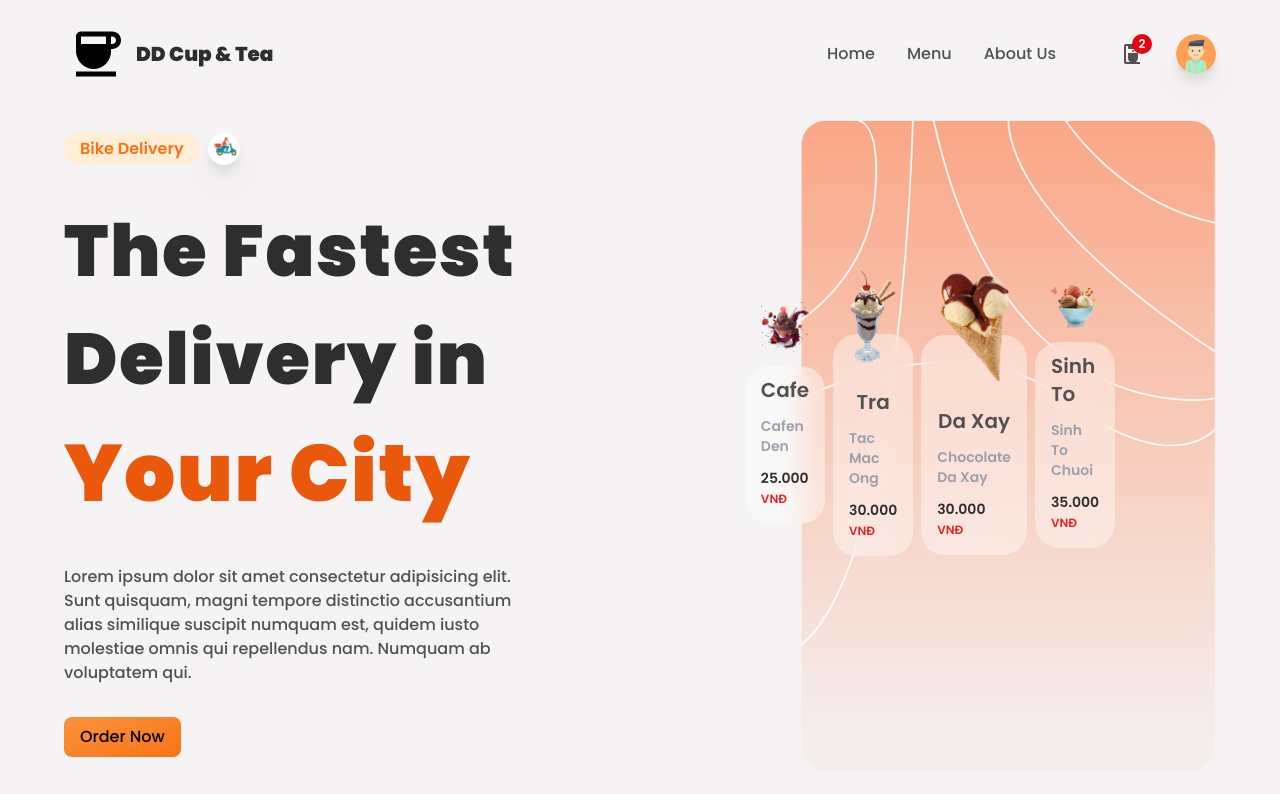
Repository: duongspm/ddcoffee
Page: /
An editor plug-in stored every save of this project. The page is shown before and after a run of saves, followed by the edit.
The browser window is 1280 px wide. The pictures show the whole page.
The project was rebuilt for these pictures with package versions that can differ from the ones it lists, and the page was loaded fresh each time. Also part of the build but not shown: src/App.css, src/components/CreateContainer.jsx.

Above is the page before, as saved 2022-07-12 20:00:38.

### src/index.js
import React from 'react';
import ReactDOM from 'react-dom/client';
import './index.css';
import App from './App';
import reportWebVitals from './reportWebVitals';

import { BrowserRouter as Router } from 'react-router-dom';

import { StateProvider } from './context/StateProvider';
import { initialState } from './context/initalState';
import reducer from './context/reducer';

const root = ReactDOM.createRoot(document.getElementById('root'));
root.render(
  <Router>
    <StateProvider initialState={initialState} reducer={reducer}>
      <App />
    </StateProvider>
  </Router>
  // <React.StrictMode>
  //   <App />
  // </React.StrictMode>
);

// If you want to start measuring performance in your app, pass a function
// to log results (for example: reportWebVitals(console.log))
// or send to an analytics endpoint. Learn more: https://bit.ly/CRA-vitals
reportWebVitals();

### src/index.css
/* body {
  margin: 0;
  font-family: -apple-system, BlinkMacSystemFont, 'Segoe UI', 'Roboto', 'Oxygen',
    'Ubuntu', 'Cantarell', 'Fira Sans', 'Droid Sans', 'Helvetica Neue',
    sans-serif;
  -webkit-font-smoothing: antialiased;
  -moz-osx-font-smoothing: grayscale;
}

code {
  font-family: source-code-pro, Menlo, Monaco, Consolas, 'Courier New',
    monospace;
} */

@import url(https://fonts.googleapis.com/css2?family=DM+Sans:ital,wght@0,400;0,500;1,400;1,500&family=Inter:wght@400;500;600&family=Mulish:wght@300&family=Nunito+Sans:wght@200&family=Playfair+Display:wght@700&family=Poppins:wght@500;600;900&family=Quicksand:wght@700&display=swap);
*{
  margin: 0;
  padding: 0;
  box-sizing: border-box;
}
body{
  font-family: 'Poppins', sans-serif, -apple-system, BlinkMacSystemFont, 'Segoe UI', 'Roboto', 'Oxygen',
  'Ubuntu', 'Cantarell', 'Fira Sans', 'Droid Sans', 'Helvetica Neue',
  sans-serif;
}
html, body{
  scroll-behavior: smooth;
  overflow-x: hidden; /*chống tràn*/
}
@tailwind base;
@tailwind components;
@tailwind utilities;

### src/App.js
import './App.css';
import {Route, Routes} from 'react-router-dom';
import MainContainer from './components/MainContainer';
import CreateContainer from './components/CreateContainer';
import { AnimatePresence } from 'framer-motion';

import { Header } from './components';

function App() {
  return (
    <AnimatePresence exitBeforeEnter>
      <div className="w-screen h-auto flex flex-col bg-primary">
        <Header/>
        <main className='mt-14 md:mt-24 px-4 md:px-16 py-4 w-full'>
          <Routes>
            <Route path='/*' element={<MainContainer/>}></Route>
            <Route path='/createItem' element={<CreateContainer/>}></Route>
          </Routes>
        </main>
      </div>
    </AnimatePresence>
  );
}

export default App;

### src/context/StateProvider.js
import React, {createContext, useContext, useReducer} from 'react';
export const StateContext = createContext();
export const StateProvider = ({reducer, initialState, children}) => (
    <StateContext.Provider value={useReducer(reducer, initialState)}>
        {children}
    </StateContext.Provider>
);

export const useStateValue = () => useContext(StateContext);

### src/context/initalState.js
import { fetchUser } from "../utils/fetchLocalStorageData"

const userInfo = fetchUser()

export const initialState = {
    user: null,
}

### src/context/reducer.js
export const actionType = {
    SET_USER: "SET_USER",
};

const reducer = (state, action) => {
    console.log(action);

    switch (action.type){
        case actionType.SET_USER:
            return {
                ...state,
                user: action.user,
            };

        default:
            return state;
    }
};

export default reducer;

### src/components/MainContainer.jsx
import React from 'react';
import HomeContainer from './HomeContainer';

const MainContainer = () => {
    return (
        <div className='w-full h-auto flex flex-col items-center justify-center'>
            <HomeContainer/>
        </div>
    );
};

export default MainContainer;

### src/components/index.js
export {default as Header} from './Header';
export {default as MainContainer} from './MainContainer';
export {default as CreateContainer} from './CreateContainer';
export {default as HomeContainer} from './HomeContainer';

### src/utils/fetchLocalStorageData.js
export const fetchUser = () => {
    const userInfo =
        localStorage.getItem("user") !== "undefined"
        ? JSON.parse(localStorage.getItem("user"))
        : localStorage.clear();
    return userInfo;
}

### src/components/HomeContainer.jsx
import React from 'react';
import delivery from '../assets/imgs/delivery.png';
import HeroBg from '../assets/imgs/heroBg.png';
import heroData from '../utils/data'

const HomeContainer = () => {
    return (
        <section id="home" className='grid grid-cols-1 md:grid-cols-2 gap-2 w-full'>
            <div className='py-2 flex flex-1 flex-col items-start  justify-center gap-8'>
                <div className='flex items-center gap-2 justify-center'>
                    <p className='text-base text-orange-500 font-semibold bg-orange-100 px-4 py-1 rounded-full'>Bike Delivery</p>
                    <div className='w-8 h-8 bg-white rounded-full overflow-hidden drop-shadow-xl'>
                        <img src={delivery} className="w-full h-full object-contain" alt="deli"/>
                    </div>
                </div>
                <p className='text-[2.5rem] font-bold tracking-wide text-headingColor lg:text-[4.5rem]'>The Fastest Delivery in <span className='text-orange-600 text-[3rem] lg:text-[5rem]'>Your City</span></p>
                <p className='text-base text-textColor text-center md:text-left md:w-[80%]'>Lorem ipsum dolor sit amet consectetur adipisicing elit. Sunt quisquam, magni tempore distinctio accusantium alias similique suscipit numquam est, quidem iusto molestiae omnis qui repellendus nam. Numquam ab voluptatem qui.</p>
                <button type='button' className='bg-gradient-to-br from-orange-400 to-orange-500 w-full px-4 py-2 rounded-lg hover:shadow-lg transition-all ease-in-out md:w-auto'>Order Now</button>
            </div>
            <div className='py-2 flex-1 flex items-center relative'>
                <img src={HeroBg} className="ml-auto h-420 w-full lg:w-auto lg:h-650" alt="hero-bg"/>

                <div className='w-full h-full absolute flex items-center justify-center top-0 left-0 px-32 py-4 gap-2'>
                    {heroData && heroData.map(n => (
                        <div key={n.id} className='w-190 bg-cardOverlay backdrop-blur-md p-4 rounded-3xl flex flex-col items-center justify-center'>
                        <img src={n.imageSrc} className='w-40 -mt-20' alt='i1'/>
                        <p className='text-xl font-semibold text-textColor mt-6'>{n.name}</p>
                        <p className='text-sm font-semibold text-lighttextGray my-3'>{n.decp}</p>
                        <p className='text-sm font-semibold text-headingColor'>{n.price} <span className='text-xs text-red-600'>VNĐ</span></p>
                    </div>
                    ))}
                </div>
            </div>
        </section>
    );
};

export default HomeContainer;

### src/components/Header.jsx
import React, { useState } from 'react';
import {motion} from "framer-motion";
import {Link} from 'react-router-dom';
import {MdCoffee} from 'react-icons/md';
import {MdCoffeeMaker, MdAdd, MdLogout, MdAccountCircle} from 'react-icons/md';
//import Logo from '../assets/imgs/logo-dendo-cocaybua.png';
import Avatar from '../assets/imgs/avatar.png';
import { getAuth, signInWithPopup, GoogleAuthProvider } from "firebase/auth";
import { app } from '../firebase.config';
import { useStateValue } from '../context/StateProvider';
import { actionType } from '../context/reducer';

const Header = () => {
    const firebaseAuth = getAuth(app);
    const provider = new GoogleAuthProvider();

    const [{user}, dispatch] = useStateValue()

    const [isMenu, setIsMenu] = useState(false);

    const login = async () => {
        //đăng nhập rồi click vô avt k hiện đăng nhập nữa
        if(!user)
        {
            const {user: {refreshToken, providerData}} = await signInWithPopup(firebaseAuth, provider);
            dispatch({
                type : actionType.SET_USER,
                user : providerData[0],
            });
            localStorage.setItem("user", JSON.stringify(providerData[0]))
        }else{
            setIsMenu(!isMenu);
        }
    };
    const logout = () => {
        setIsMenu(false);
        localStorage.clear();
        dispatch({
            type: actionType.SET_USER,
            user: null,
        });
    }

    return (
        <header className='fixed z-50 w-screen p-3 px-4 md:p-6 md:px-16'>
            {/* desktop */}
            <div className='hidden md:flex w-full h-full items-center justify-between'>
                <Link to={"/"} className='flex items-center gap-2'>
                    {/* <img src={Logo} className="w-16 object-cover" alt="Logo nef"/> */}
                    <MdCoffee className='w-16 object-cover cursor-pointer text-6xl hover:text-cartNumBg'></MdCoffee>
                    <motion.p whileTap={{scale: 0.6}}  className='text-headingColor text-xl font-bold'>DD Cup & Tea</motion.p>
                </Link>
                <div className='flex items-center gap-8'> {/* bo ra ngoai div nay thi no se nam giua */}
                    <motion.ul
                        initial={{opacity: 0, x: 200}}
                        animate={{opacity: 1, x: 0}}
                        exit={{opacity: 0, x: 200}}
                        className="flex items-center gap-8 ">
                        <li className='text-base text-textColor hover:text-cartNumBg duration-100 transition-all ease-in-out cursor-pointer'>Home</li>
                        <li className='text-base text-textColor hover:text-cartNumBg duration-100 transition-all ease-in-out cursor-pointer'>Menu</li>
                        <li className='text-base text-textColor hover:text-cartNumBg duration-100 transition-all ease-in-out cursor-pointer'>About Us</li>
                    </motion.ul>
                    <div className='relative flex items-center justify-center'>
                        <MdCoffeeMaker className='text-textColor text-2xl ml-8 cursor-pointer'></MdCoffeeMaker>
                        <div className='absolute -top-2 -right-2 w-5 h-5 rounded-full bg-cartNumBg flex items-center justify-center'>
                            <p className='text-xs text-white font-semibold'>2</p>
                        </div>
                    </div>
                    <div className='relative'>
                        <motion.img whileTap={{scale: 0.6}} className='w-10 min-w-[40px] h-10 min-h-[40px] drop-shadow-xl rounded-full' src={user ? user.photoURL : Avatar} alt="avata nguoi dung"
                        onClick={login}/>
                        {/* Menu In4 */}
                        {
                            isMenu &&
                            (
                                <motion.div
                                    initial={{opacity: 0, scale: 0.6}}
                                    animate={{opacity: 1, scale: 1}}
                                    exit={{opacity: 0, scale: 0.6}}
                                    className='w-40 bg-gray-50 shadow-xl rounded-lg absolute flex flex-col top-12 right-0'>
                                    {
                                        user && user.email === "tranvanduong10a22016bb@gmail.com" && (
                                            <Link to={'/createItem'}>
                                                <p className='px-4 py-2 flex items-center gap-3 cursor-pointer hover:bg-slate-100 transition-all duration-100 ease-in-out text-textColor text-base '><MdAdd/> New Item </p>
                                            </Link>
                                        )
                                    }
                                    <Link to={'/info'}>
                                        <p className='px-4 py-2 flex items-center gap-3 cursor-pointer hover:bg-slate-100 transition-all duration-100 ease-in-out text-textColor text-base'><MdAccountCircle/>{user ? user.displayName : 'In4'} </p>
                                    </Link>
                                    <hr/>
                                    <p className='px-4 py-2 flex items-center gap-3 cursor-pointer hover:bg-slate-100 transition-all duration-100 ease-in-out text-textColor text-base' onClick={logout}><MdLogout/> Logout </p>
                                </motion.div>
                            )
                        }
                        {/* End Menu In4 */}
                    </div>
                </div>
            </div>
            {/* mobile */}
            <div className='flex items-center justify-between md:hidden w-full h-full'>
                <div className='relative flex items-center justify-center'>
                    <MdCoffeeMaker className='text-textColor text-2xl ml-8 cursor-pointer'></MdCoffeeMaker>
                    <div className='absolute -top-2 -right-2 w-5 h-5 rounded-full bg-cartNumBg flex items-center justify-center'>
                        <p className='text-xs text-white font-semibold'>2</p>
                    </div>
                </div>
                <Link to={"/"} className='flex items-center gap-2'>
                    {/* <img src={Logo} className="w-16 object-cover" alt="Logo nef"/> */}
                    <MdCoffee className='w-16 object-cover cursor-pointer text-6xl hover:text-cartNumBg'></MdCoffee>
                    <motion.p whileTap={{scale: 0.6}}  className='text-headingColor text-xl font-bold'>DD Cup & Tea</motion.p>
                </Link>

                <div className='relative'>
                        <motion.img whileTap={{scale: 0.6}} className='w-10 min-w-[40px] h-10 min-h-[40px] drop-shadow-xl rounded-full' src={user ? user.photoURL : Avatar} alt="avata nguoi dung"
                        onClick={login}/>
                        {/* Menu In4 */}
                        {
                            isMenu &&
                            (
                                <motion.div
                                    initial={{opacity: 0, scale: 0.6}}
                                    animate={{opacity: 1, scale: 1}}
                                    exit={{opacity: 0, scale: 0.6}}
                                    className='w-40 bg-gray-50 shadow-xl rounded-lg absolute flex flex-col top-12 right-0'>
                                    {
                                        user && user.email === "tranvanduong10a22016bb@gmail.com" && (
                                            <Link to={'/createItem'}>
                                                <p className='px-4 py-2 flex items-center gap-3 cursor-pointer hover:bg-slate-100 transition-all duration-100 ease-in-out text-textColor text-base justify-center'><MdAdd/> New Item </p>
                                            </Link>
                                        )
                                    }
                                    <ul className="flex flex-col">
                                        <li className='text-base text-textColor hover:text-cartNumBg duration-100 transition-all ease-in-out cursor-pointer hover:bg-slate-100 px-4 py-2'>Home</li>
                                        <li className='text-base text-textColor hover:text-cartNumBg duration-100 transition-all ease-in-out cursor-pointer hover:bg-slate-100 px-4 py-2'>Menu</li>
                                        <li className='text-base text-textColor hover:text-cartNumBg duration-100 transition-all ease-in-out cursor-pointer hover:bg-slate-100 px-4 py-2'>About Us</li>
                                    </ul>
                                    <hr/>
                                    <Link to={'/info'}>
                                        <p className='px-4 py-2 flex items-center gap-3 cursor-pointer hover:bg-slate-100 transition-all duration-100 ease-in-out text-textColor text-base justify-center'><MdAccountCircle/> In4 </p>
                                    </Link>
                                    <hr/>
                                    <p className='m-2 p-2 rounded-md shadow-md flex items-center gap-3 cursor-pointer hover:bg-slate-300 transition-all duration-100 ease-in-out text-textColor text-base justify-center bg-gray-200 ' onClick={logout}><MdLogout/> Logout </p>
                                </motion.div>
                            )
                        }
                        {/* End Menu In4 */}
                    </div>
            </div>
        </header>
    );
};

export default Header;

### src/utils/data.js
import I1 from '../assets/imgs/i1.png';
import I2 from '../assets/imgs/i2.png';
import I3 from '../assets/imgs/i3.png';
import I4 from '../assets/imgs/i4.png';
const heropData = [
    {id : 1, name: 'Cafe', decp : 'Cafen Den', price : '25.000', imageSrc : I1},
    {id : 2, name: 'Tra', decp : 'Tac Mac Ong', price : '30.000', imageSrc : I2},
    {id : 3, name: 'Da Xay', decp : 'Chocolate Da Xay', price : '30.000', imageSrc : I3},
    {id : 4, name: 'Sinh To', decp : 'Sinh To Chuoi', price : '35.000', imageSrc : I4},
]
export default heropData;

### src/firebase.config.js
import {getApp, getApps, initializeApp} from 'firebase/app';
import {getFirestore} from 'firebase/firestore';
import {getStorage} from 'firebase/storage';

const firebaseConfig = {
    apiKey : "AIzaSyAiraH4JLA5tCdJ0jHuDoW_0qsknKtMiQc" ,
    authDomain : "ddcoffee-35878.firebaseapp.com" ,
    databaseURL : "https://ddcoffee-35878-default-rtdb.firebaseio.com" ,
    projectId : "ddcoffee-35878" ,
    storageBucket : "ddcoffee-35878.appspot.com" ,
    messagingSenderId : "404922796023" ,
    appId : "1:404922796023:web:4717a230c36f3a24a4d0f2"
    };

    const app = getApps.length > 0 ? getApp() : initializeApp(firebaseConfig);

    const firestore = getFirestore(app);
    const storage = getStorage(app);

    export {app, firestore, storage};

### tailwind.config.js
/** @type {import('tailwindcss').Config} */
module.exports = {
  content: [
    "./src/**/*.{js,jsx,ts,tsx}",
  ],
  theme: {
    extend: {
      margin: {
        320: "320px",
      },
      width: {
        150: "150px",
        190: "190px",
        225: "225px",
        275: "275px",
        300: "300px",
        340: "340px",
        350: "350px",
        375: "375px",
        460: "460px",
        656: "656px",
        880: "880px",
        508: "508px",
      },
      height: {
        80: "80px",
        150: "150px",
        225: "225px",
        300: "300px",
        340: "340px",
        370: "370px",
        420: "420px",
        510: "510px",
        600: "600px",
        650: "650px",
        685: "685px",
        800: "800px",
        "90vh": "90vh",
      },
      minWidth: {
        210: "210px",
        350: "350px",
        620: "620px",
      },
      colors: {
        headingColor:"#2e2e2e",
        textColor:"#515151",
        cartNumBg:"#e80013",
        primary:"#f5f3f3",
        // textColor: "#101010",
        // activeText: "#D6230A",
        gradientBg: "rgba(116, 249, 105,0.4)",
        // whiteAlpha: "rgba(255,255,255,0.2)",
        // cardColor: "#f5f5f5",
        // cartBg: "#282a2c",
        // cartItem: "#2e3033",
        // cartTotal: "#343739",
        cardOverlay: "rgba(256,256,256,0.4)",
        lighttextGray:"#9ca0ab",
      },
      screens: {
        sm: "640px",
        md: "768px",
        lg: "1024px",
        xl: "1280px",
        "2xl": "1536px",
      },
    },
  },
  plugins: [],
}

Loaded but not shown: public/index.html (common file); src/reportWebVitals.js (common file)

After the next 3 saves:
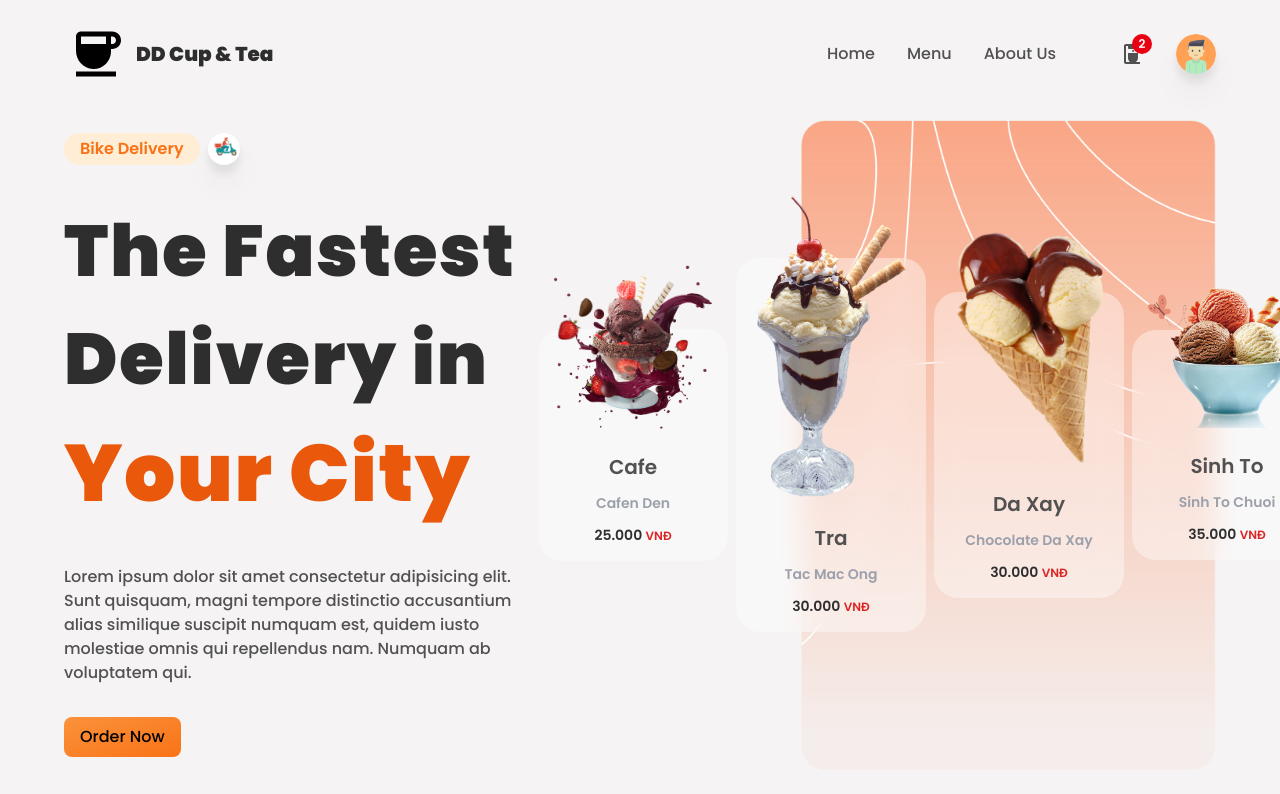
The 3 saves are shown as one change because they came seconds apart.
The last was saved 14 s later.
--- a/src/components/HomeContainer.jsx
+++ b/src/components/HomeContainer.jsx
@@ -22,7 +22,7 @@ const HomeContainer = () => {
 
                 <div className='w-full h-full absolute flex items-center justify-center top-0 left-0 px-32 py-4 gap-2'>
                     {heroData && heroData.map(n => (
-                        <div key={n.id} className='w-190 bg-cardOverlay backdrop-blur-md p-4 rounded-3xl flex flex-col items-center justify-center'>
+                        <div key={n.id} className='w-190 bg-cardOverlay backdrop-blur-md p-4 rounded-3xl flex flex-col items-center justify-center min-w-[190px]'>
                         <img src={n.imageSrc} className='w-40 -mt-20' alt='i1'/>
                         <p className='text-xl font-semibold text-textColor mt-6'>{n.name}</p>
                         <p className='text-sm font-semibold text-lighttextGray my-3'>{n.decp}</p>
